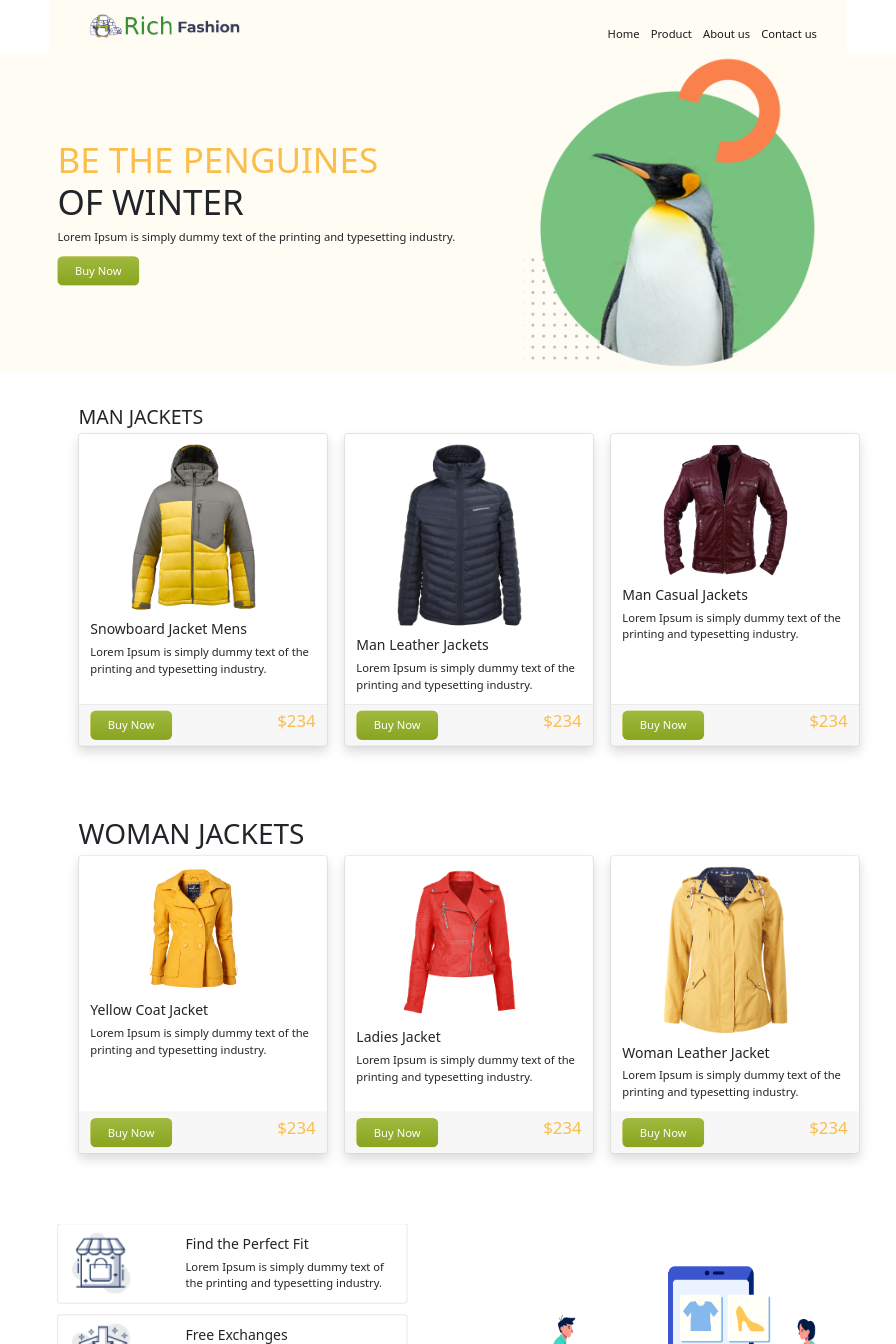
Repository: sabbircse3/fashion
Page: index.html
These files come from the project's save history. The page is drawn as it stood at one moment and after a run of saves; the edit follows.
The browser window is 1280 px wide. The pictures show the part of the page from y = 0 to 1920 px (the page is 2426 px tall before and 2760 px after), at 70% of full size.

Above is the page before, as saved 2021-01-14 04:47:38.

After the next 4 saves:
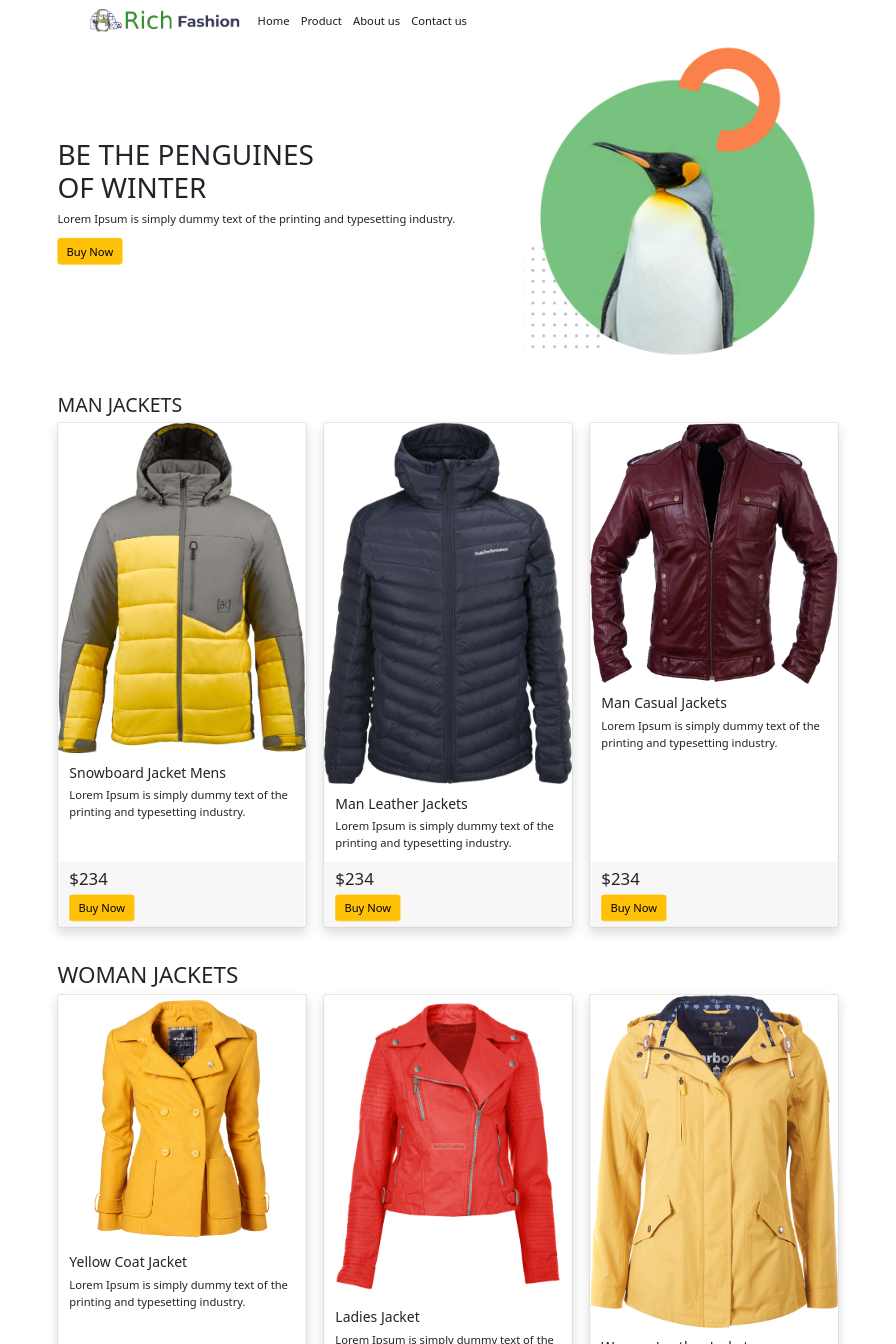
Not found: css/style.css.txt
The 4 saves are shown as one change because they came seconds apart.
The last was saved 39 s later.
--- a/index.html
+++ b/index.html
@@ -6,7 +6,7 @@
     <title>Rich Fashion</title>
 
     <link rel="stylesheet" href="css/bootstrap.min.css">
-    <link rel="stylesheet" href="css/style.css">
+    <link rel="stylesheet" href="css/style.css.txt">
 
 </head>
 <body>

After the save that followed:
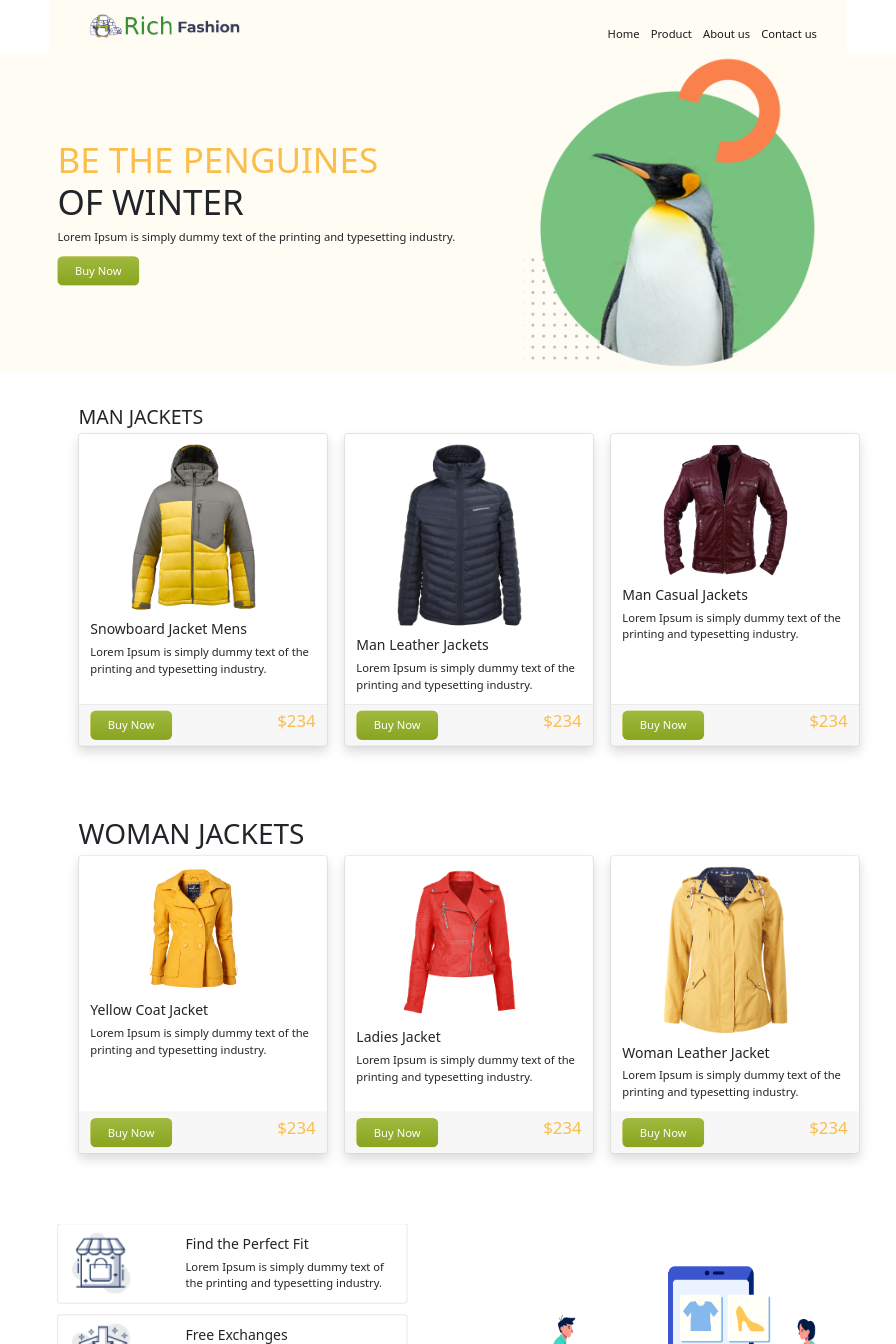
Saved 33 s later.
--- a/index.html
+++ b/index.html
@@ -6,7 +6,7 @@
     <title>Rich Fashion</title>
 
     <link rel="stylesheet" href="css/bootstrap.min.css">
-    <link rel="stylesheet" href="css/style.css.txt">
+    <link rel="stylesheet" href="css/style.css">
 
 </head>
 <body>
